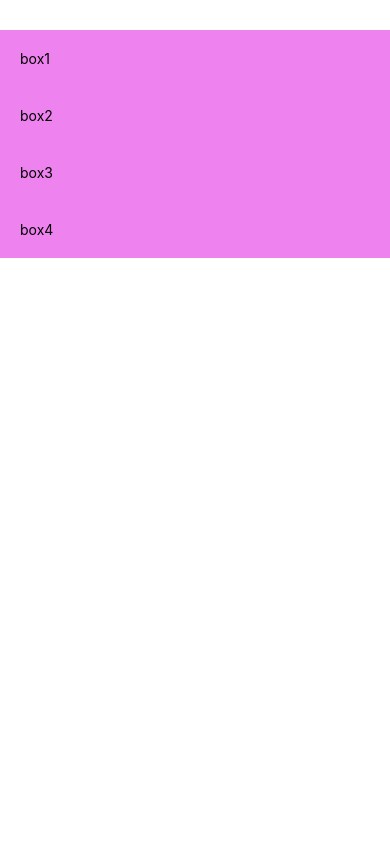
Repository: shiv0403/React-native-tutorial
Screen: /
An editor plug-in stored every save of this project. The screen is shown before and after the next save, followed by the edit.
The app was drawn by React Native's web renderer in a window 390 px wide. The project was rebuilt for these pictures with package versions that can differ from the ones it lists, and the page was loaded fresh each time. Also part of the build but not shown: components/AddTodo.js, components/Header.js, components/TodoItem.js.

Above is the screen before, as saved 2021-02-11 11:22:42.

After the next save:
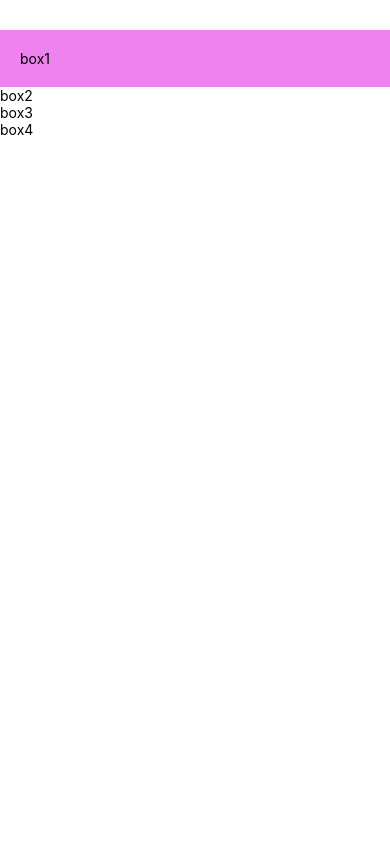
Saved 8 s later.
--- a/components/Flex.js
+++ b/components/Flex.js
@@ -5,9 +5,9 @@ export default function Flex() {
   return (
     <View style={styles.flex}>
       <Text style={styles.box1}>box1</Text>
-      <Text style={styles.box1}>box2</Text>
-      <Text style={styles.box1}>box3</Text>
-      <Text style={styles.box1}>box4</Text>
+      <Text style={styles.box2}>box2</Text>
+      <Text style={styles.box3}>box3</Text>
+      <Text style={styles.box4}>box4</Text>
     </View>
   );
 }
